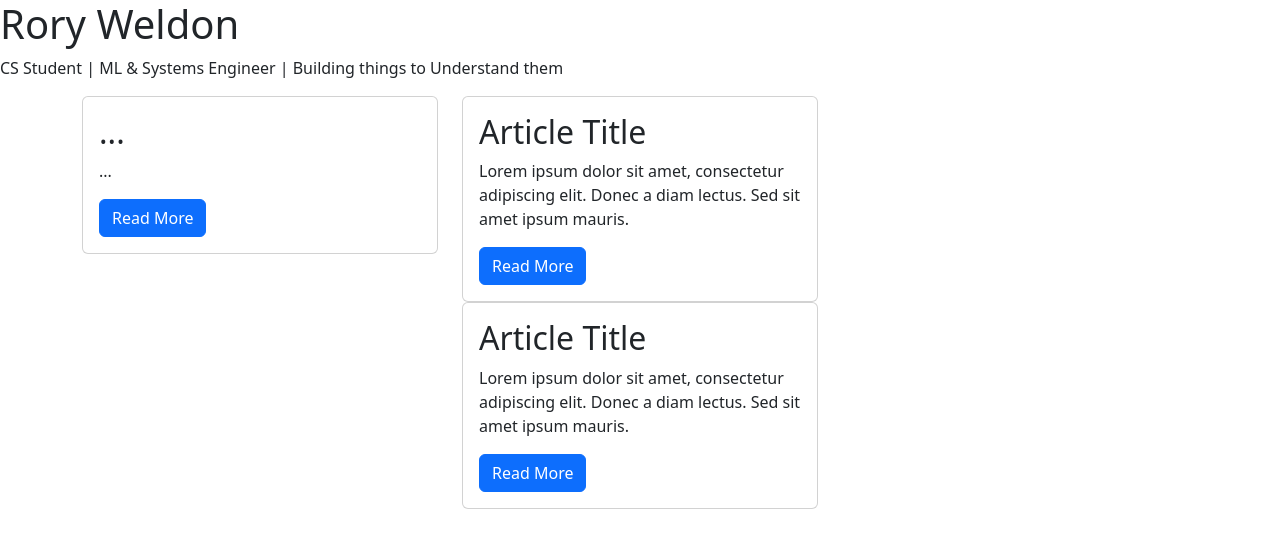
Repository: Art3misF0wl90/Portfolio
Page: index.html
The author's editor kept a copy of each file at every save. The page is drawn from the files as they stood at one save, then again after a run of saves.
The browser window is 1280 px wide. The pictures show the whole page.

Above is the page before, as saved 2026-06-17 19:34:35.

After the next 2 saves:
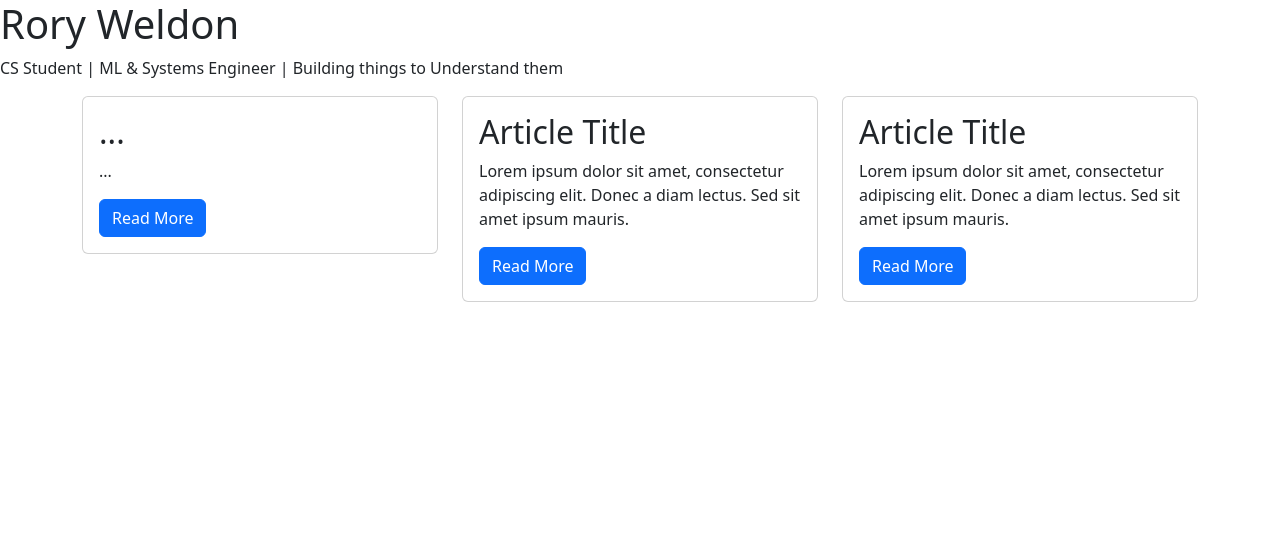
The 2 saves are shown as one change because they came seconds apart.
The last was saved 6 s later.
--- a/index.html
+++ b/index.html
@@ -49,6 +49,8 @@
                 <a href="..." class="btn btn-primary">Read More</a>
               </div>
             </article>
+            </div>
+            <div class="col-md-4">
             <!-- Add more articles as needed -->
             <article class="card">
               <div class="card-body">
